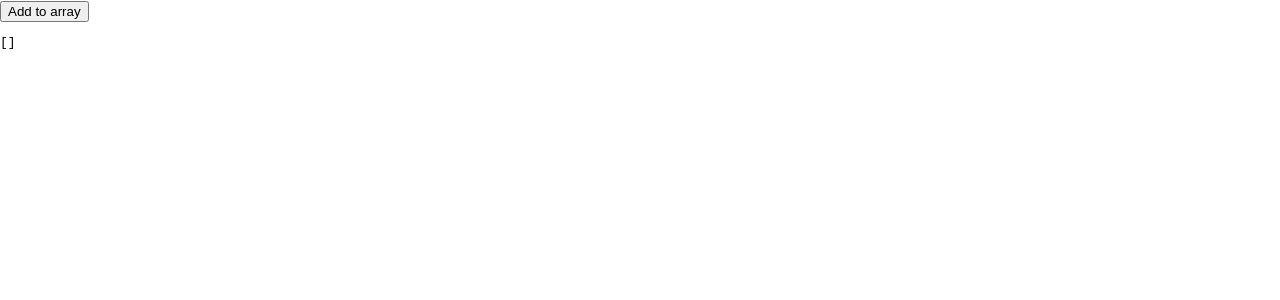
Repository: OmniaRafat232111121/Hookstypescript
Page: /
An editor plug-in stored every save of this project. The page is shown before and after a run of saves, followed by the edit.
The browser window is 1280 px wide. The pictures show the whole page.
The project was rebuilt for these pictures with package versions that can differ from the ones it lists, and the page was loaded fresh each time.

Above is the page before, as saved 2022-09-18 02:23:57.

### src/App.tsx
import UseStateComponent from"./components/UseStateComponent"
function App() {
  return (
    <div>
     <UseStateComponent/>
    </div>
  );
}

export default App;

### src/components/UseStateComponent.tsx
import { useState } from "react";

function UseStateComponent(){
const [arr,arrSet]=useState<number[]>([]);
const [name,nameSet]=useState<string|null>([]);
return(
    <div>
        <div>
            <button onClick={()=>arrSet([
                ...arr,
                arr.length+1
            ])}>Add to array</button>
          <pre>{JSON.stringify(arr)}</pre>
        </div>
    </div>

);
}
export default UseStateComponent;

Loaded but not shown: public/index.html (common file); src/index.tsx (common file); src/index.css (common file); src/reportWebVitals.ts (common file)

After the next 14 saves:
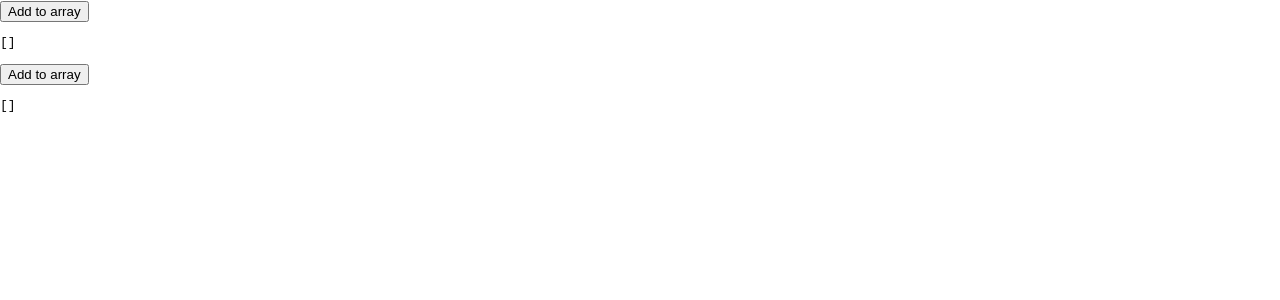
The 14 saves are shown as one change because they came seconds apart.
The last was saved 32 s later.
--- a/src/components/UseStateComponent.tsx
+++ b/src/components/UseStateComponent.tsx
@@ -12,6 +12,11 @@ return(
             ])}>Add to array</button>
           <pre>{JSON.stringify(arr)}</pre>
         </div>
+
+        <div>
+            <button onClick={()=>nameSet("omnia")}>Add to array</button>
+          <pre>{JSON.stringify(arr)}</pre>
+        </div>
     </div>
 
 );
